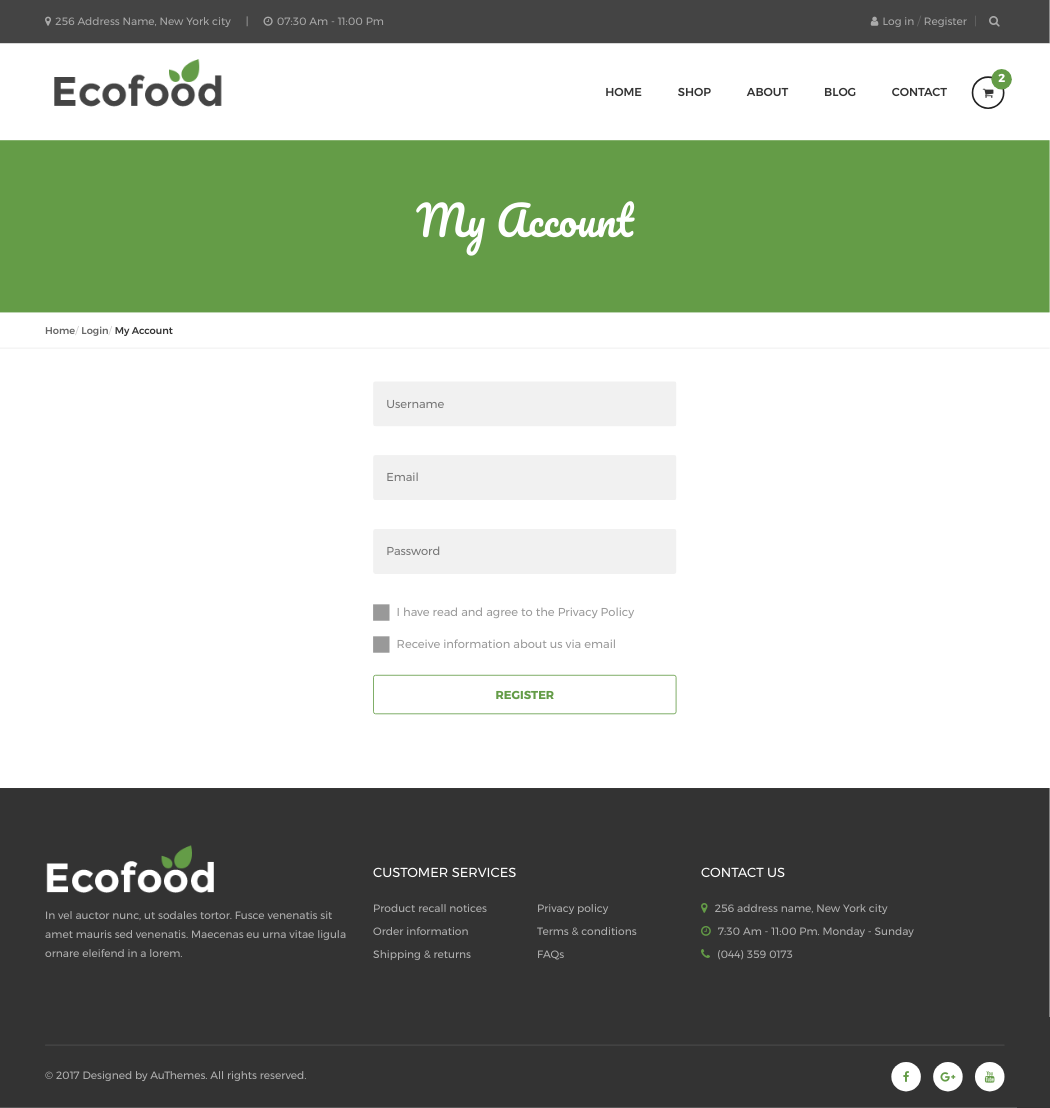
Repository: riteshyadav7878/ecofood
Page: http://localhost/register.php
These files come from the project's save history. The page is drawn as it stood at one moment and after the next save; the edit follows.
The browser window is 1280 px wide. The pictures show the whole page, at 82% of full size.
The page is run by PHP 8.4 with error messages shown; the project is at /var/www/html/.

Above is the page before, as saved 2024-09-10 12:29:24.

After the next save:
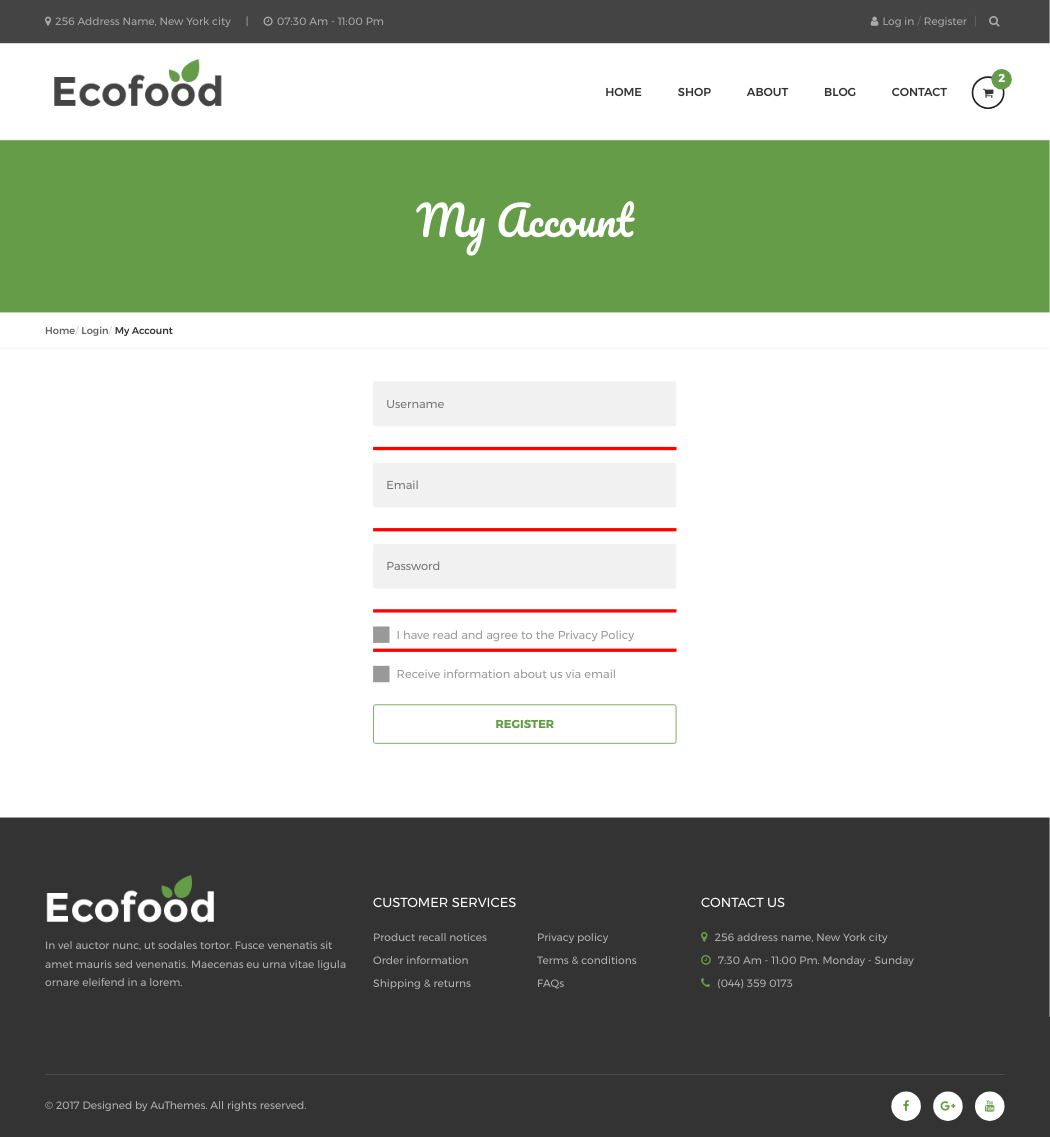
Saved 55 s later.
--- a/register.php
+++ b/register.php
@@ -72,6 +72,7 @@
             border: 2px solid red;
         }
         .error-message {
+            border: 2px solid red;
             color: red;
             font-size: 0.875em;
             margin-top: 5px;

After the 3 saves that followed:
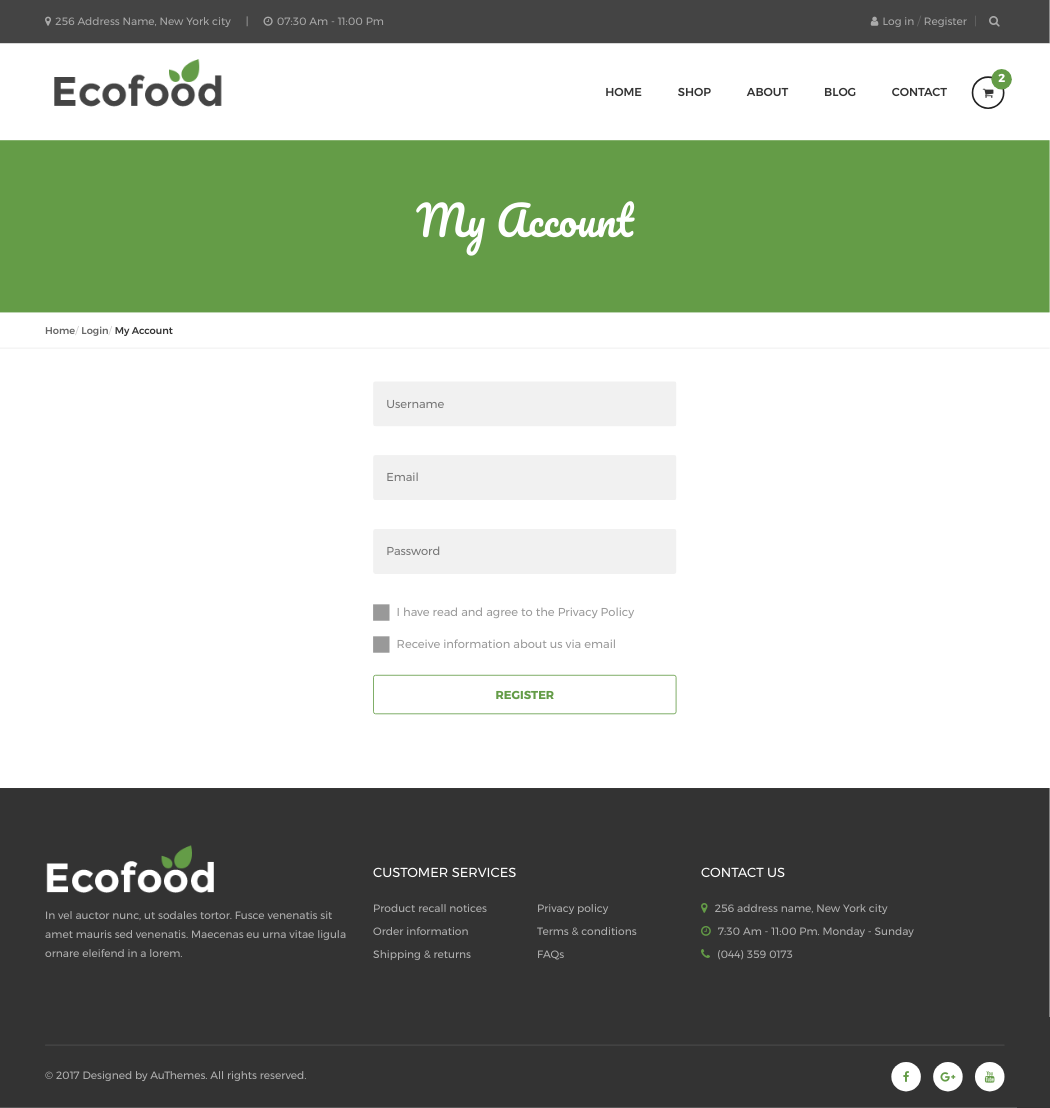
The 3 saves are shown as one change because they came seconds apart.
The last was saved 11 s later.
--- a/register.php
+++ b/register.php
@@ -72,7 +72,6 @@
             border: 2px solid red;
         }
         .error-message {
-            border: 2px solid red;
             color: red;
             font-size: 0.875em;
             margin-top: 5px;
